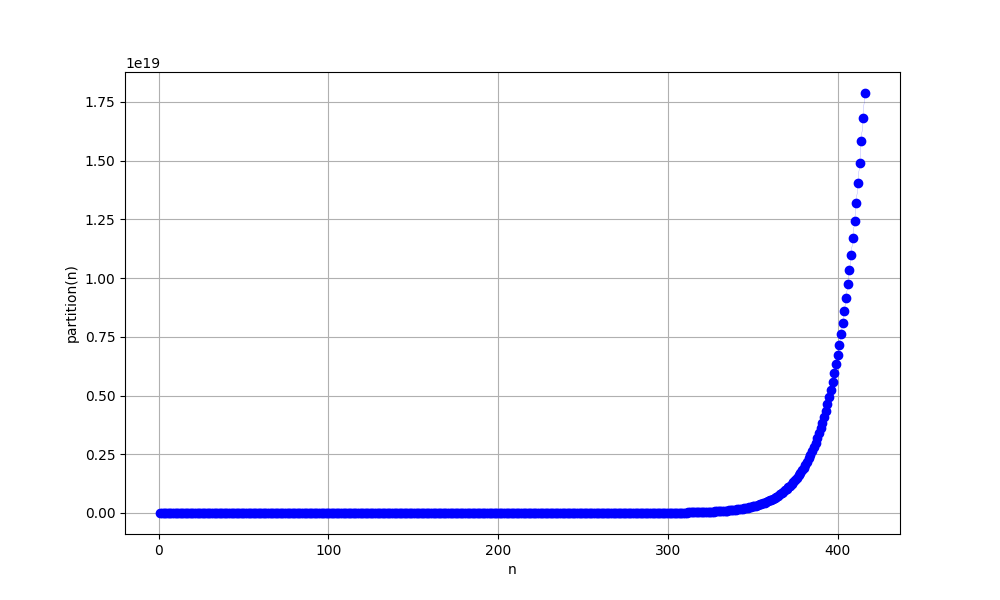
Repository: rizwankaz/partitions
Script's output: python partition_naive_plot.py
An editor plug-in stored every save of this project. The script's output is shown before and after the next save, followed by the edit.
Random numbers start from a fixed seed.

Above is the script's output before, as saved 2024-07-21 16:12:55.

### partition_naive_plot.py
import matplotlib.pyplot as plt

n_values = []
partition_values = []

with open("runtime_data.txt", "r") as file:
    next(file)
    for line in file:
        parts = line.strip().split('\t')
        n = int(parts[0])
        partition = int(parts[1])
        n_values.append(n)
        partition_values.append(partition)

plt.figure(figsize=(10, 6))
plt.plot(n_values, partition_values, marker='o', linestyle='-', color='b', linewidth=0.1)
plt.xlabel('n')
plt.ylabel('partition(n)')
#plt.yscale('log')
plt.grid(True)
plt.savefig("partition_plot.png")
plt.show()

### runtime_data.txt
n	partition(n)	runtime
1	1	2.583e-06
2	2	1.25e-06
3	3	1.208e-06
4	5	1.625e-06
5	7	1.5e-06
6	11	1.708e-06
7	15	1.75e-06
8	22	2.125e-06
9	30	2.125e-06
10	42	2.5e-06
11	56	2.5e-06
12	77	3e-06
13	101	3.042e-06
14	135	3.459e-06
15	176	3.667e-06
16	231	4e-06
17	297	4.209e-06
18	385	4.709e-06
19	490	4.917e-06
20	627	5.458e-06
21	792	5.75e-06
22	1002	6.25e-06
23	1255	6.542e-06
24	1575	7.083e-06
25	1958	7.375e-06
26	2436	8.042e-06
27	3010	8.375e-06
28	3718	9.083e-06
29	4565	9.459e-06
30	5604	9.917e-06
31	6842	1.0666e-05
32	8349	1.1167e-05
33	10143	1.1709e-05
34	12310	1.2125e-05
35	14883	1.275e-05
36	17977	1.3417e-05
37	21637	1.4125e-05
38	26015	1.4708e-05
39	31185	1.5417e-05
40	37338	1.6125e-05
41	44583	1.6958e-05
42	53174	1.7667e-05
43	63261	1.8167e-05
44	75175	1.9e-05
45	89134	1.9792e-05
46	105558	2.0625e-05
47	124754	2.1417e-05
48	147273	2.2208e-05
49	173525	2.3042e-05
50	204226	2.3958e-05
51	239943	2.475e-05
52	281589	2.5541e-05
53	329931	2.65e-05
54	386155	2.7458e-05
55	451276	2.8292e-05
56	526823	2.9333e-05
57	614154	3.025e-05
58	715220	4.6542e-05
59	831820	1.9417e-05
60	966467	1.2625e-05
61	1121505	1.2833e-05
62	1300156	1.3167e-05
63	1505499	1.35e-05
64	1741630	1.4e-05
65	2012558	1.4333e-05
66	2323520	1.475e-05
67	2679689	1.5166e-05
68	3087735	1.5583e-05
69	3554345	1.6e-05
70	4087968	1.6375e-05
71	4697205	1.6875e-05
72	5392783	1.7292e-05
73	6185689	1.7917e-05
74	7089500	1.8333e-05
75	8118264	1.8666e-05
76	9289091	1.9125e-05
77	10619863	1.9542e-05
78	12132164	2.0042e-05
79	13848650	2.0542e-05
80	15796476	2.1e-05
81	18004327	2.1625e-05
82	20506255	2.2041e-05
83	23338469	2.2542e-05
84	26543660	2.2959e-05
85	30167357	2.3584e-05
86	34262962	2.4041e-05
87	38887673	2.4625e-05
88	44108109	2.525e-05
89	49995925	2.5667e-05
90	56634173	2.6292e-05
91	64112359	2.6792e-05
92	72533807	2.725e-05
93	82010177	2.8e-05
94	92669720	2.8375e-05
95	104651419	2.9042e-05
96	118114304	2.9709e-05
97	133230930	3.025e-05
98	150198136	3.0958e-05
99	169229875	3.1416e-05
100	190569292	3.2125e-05
101	214481126	3.2583e-05
102	241265379	3.3333e-05
103	271248950	3.4041e-05
104	304801365	3.45e-05
105	342325709	3.5042e-05
106	384276336	3.575e-05
107	431149389	3.6375e-05
108	483502844	3.7083e-05
109	541946240	3.7583e-05
110	607163746	3.825e-05
111	679903203	3.9042e-05
112	761002156	3.9667e-05
113	851376628	4.025e-05
114	952050665	4.75e-05
115	1064144451	4.9875e-05
116	1188908248	4.2625e-05
117	1327710076	4.3167e-05
118	1482074143	4.3958e-05
119	1653668665	4.45e-05
120	1844349560	4.5334e-05
121	2056148051	4.6167e-05
122	2291320912	4.6666e-05
123	2552338241	4.7417e-05
124	2841940500	4.8208e-05
125	3163127352	4.8958e-05
126	3519222692	5.3709e-05
127	3913864295	5.0416e-05
128	4351078600	5.1292e-05
129	4835271870	5.1875e-05
130	5371315400	5.2791e-05
131	5964539504	5.3417e-05
132	6620830889	5.4167e-05
133	7346629512	5.5167e-05
134	8149040695	5.5875e-05
135	9035836076	5.6667e-05
136	10015581680	5.7459e-05
137	11097645016	5.8291e-05
138	12292341831	5.9125e-05
139	13610949895	5.9917e-05
140	15065878135	6.0833e-05
141	16670689208	6.1542e-05
142	18440293320	6.2417e-05
143	20390982757	6.3375e-05
144	22540654445	6.425e-05
145	24908858009	6.5041e-05
146	27517052599	6.5959e-05
147	30388671978	6.6792e-05
148	33549419497	6.7625e-05
149	37027355200	6.875e-05
150	40853235313	6.9541e-05
151	45060624582	7.05e-05
152	49686288421	7.1458e-05
153	54770336324	7.2291e-05
154	60356673280	7.3167e-05
155	66493182097	7.4333e-05
156	73232243759	7.5084e-05
157	80630964769	0.000161292
158	88751778802	0.0001745
159	97662728555	0.000176792
160	107438159466	0.000178291
161	118159068427	0.000180834
162	129913904637	0.000183208
163	142798995930	0.000185
164	156919475295	0.000187167
165	172389800255	0.0001895
166	189334822579	0.000191584
167	207890420102	0.000194
168	228204732751	0.000196375
169	250438925115	0.000198166
170	274768617130	0.000204959
171	301384802048	0.000203334
172	330495499613	0.000205458
173	362326859895	0.000207583
174	397125074750	0.000209791
175	435157697830	0.000212375
176	476715857290	0.00021475
177	522115831195	0.000216833
178	571701605655	0.000219458
179	625846753120	0.000221625
180	684957390936	0.000223625
181	749474411781	0.000225916
182	819876908323	0.000228125
183	896684817527	0.000230416
184	980462880430	0.000233208
185	1071823774337	0.000235708
186	1171432692373	0.000237917
187	1280011042268	0.000240375
188	1398341745571	0.000242792
189	1527273599625	0.0002455
190	1667727404093	0.00024775
191	1820701100652	0.000250917
192	1987276856363	0.000254083
193	2168627105469	0.000256667
194	2366022741845	0.00025875
195	2580840212973	0.000261125
196	2814570987591	0.000263333
197	3068829878530	0.000266
198	3345365983698	0.000269042
199	3646072432125	0.000271375
200	3972999029388	0.00027425
201	4328363658647	0.000236584
202	4714566886083	0.000229834
203	5134205287973	0.000232292
204	5590088317495	0.00023425
205	6085253859260	0.000236375
206	6622987708040	0.00023875
207	7206841706490	0.000240667
208	7840656226137	0.0002435
209	8528581302375	0.000245916
210	9275102575355	0.000248209
211	10085065885767	0.00025125
212	10963707205259	0.000255708
213	11916681236278	0.000255667
214	12950095925895	0.000258125
215	14070545699287	0.000260416
216	15285151248481	0.000262916
217	16601598107914	0.000265166
218	18028182516671	0.000272209
219	19573856161145	0.000282
220	21248279009367	0.000282416
221	23061871173849	0.000273917
222	25025873760111	0.0002765
223	27152408925615	0.000279292
224	29454549941750	0.000281917
225	31946390696157	0.000286708
226	34643126322519	0.000289333
227	37561133582570	0.000290458
228	40718063627362	0.000295792
229	44132934884255	0.000294917
230	47826239745920	0.000297458
231	51820051838712	0.000300125
232	56138148670947	0.00030275
233	60806135438329	0.000305292
234	65851585970275	0.000307583
235	71304185514919	0.000310667
236	77195892663512	0.000312959
237	83561103925871	0.00029425
238	90436839668817	0.000272042
239	97862933703585	0.0002745
240	105882246722733	0.000277083
241	114540884553038	0.00027875
242	123888443077259	0.000280833
243	133978259344888	0.000283625
244	144867692496445	0.000285708
245	156618412527946	0.000288167
246	169296722391554	0.000289917
247	182973889854026	0.000292083
248	197726516681672	0.000294417
249	213636919820625	0.000296916
250	230793554364681	0.000299167
251	249291451168559	0.000301792
252	269232701252579	0.00030425
253	290726957916112	0.000309667
254	313891991306665	0.00030875
255	338854264248680	0.00031425
256	365749566870782	0.000317792
257	394723676655357	0.000318708
258	425933084409356	0.00031825
259	459545750448675	0.000320625
260	495741934760846	0.000325833
261	534715062908609	0.000325541
262	576672674947168	0.000328042
263	621837416509615	0.000333292
264	670448123060170	0.000333084
265	722760953690372	0.000335458
266	779050629562167	0.000340584
267	839611730366814	0.000340334
268	904760108316360	0.000342917
269	974834369944625	0.000329083
270	1050197489931117	0.000301833
271	1131238503938606	0.000304417
272	1218374349844333	0.000310792
273	1312051800816215	0.000316791
274	1412749565173450	0.000322
275	1520980492851175	0.00031575
276	1637293969337171	0.000315375
277	1762278433057269	0.000317584
278	1896564103591584	0.00031975
279	2040825852575075	0.000321916
280	2195786311682516	0.00032425
281	2362219145337711	0.000326625
282	2540952590045698	0.000328834
283	2732873183547535	0.000330917
284	2938929793929555	0.0003335
285	3160137867148997	0.000335833
286	3397584011986773	0.000365209
287	3652430836071053	0.00034325
288	3925922161489422	0.000342791
289	4219388528587095	0.000345125
290	4534253126900886	0.0003475
291	4872038056472084	0.000349792
292	5234371069753672	0.000352209
293	5622992691950605	0.000357459
294	6039763882095515	0.000367208
295	6486674127079088	0.000359667
296	6965850144195831	0.000361833
297	7479565078510584	0.000364291
298	8030248384943040	0.000366667
299	8620496275465025	0.000369125
300	9253082936723602	0.000371459
301	9930972392403501	0.000379959
302	10657331232548839	0.000397459
303	11435542077822104	0.000378958
304	12269218019229465	0.000348167
305	13162217895057704	0.000341792
306	14118662665280005	0.000341167
307	15142952738857194	0.000343375
308	16239786535829663	0.000348292
309	17414180133147295	0.000350583
310	18671488299600364	0.000349959
311	20017426762576945	0.000352417
312	21458096037352891	0.000354417
313	23000006655487337	0.000356792
314	24650106150830490	0.000358791
315	26415807633566326	0.000365042
316	28305020340996003	0.000365667
317	30326181989842964	0.000366541
318	32488293351466654	0.000370666
319	34800954869440830	0.000370292
320	37274405776748077	0.000391166
321	39919565526999991	0.000377416
322	42748078035954696	0.000377
323	45772358543578028	0.000379375
324	49005643635237875	0.00038175
325	52462044228828641	0.000380542
326	56156602112874289	0.000346125
327	60105349839666544	0.000348208
328	64325374609114550	0.000350375
329	68834885946073850	0.000355584
330	73653287861850339	0.000354708
331	78801255302666615	0.000356833
332	84300815636225119	0.000358833
333	90175434980549623	0.000360875
334	96450110192202760	0.000363125
335	103151466321735325	0.000365334
336	110307860425292772	0.000367417
337	117949491546113972	0.000372167
338	126108517833796355	0.000371458
339	134819180623301520	0.000373625
340	144117936527873832	0.000390417
341	154043597379576030	0.000378208
342	164637479165761044	0.000380209
343	175943559810422753	0.000382583
344	188008647052292980	0.000384875
345	200882556287683159	0.000387084
346	214618299743286299	0.00038925
347	229272286871217150	0.000415208
348	244904537455382406	0.000426333
349	261578907351144125	0.000416125
350	279363328483702152	0.00041275
351	298330063062758076	0.0004005
352	318555973788329084	0.000373666
353	340122810048577428	0.000370333
354	363117512048110005	0.000374958
355	387632532919029223	0.000374416
356	413766180933342362	0.000376458
357	441622981929358437	0.000381333
358	471314064268398780	0.000380833
359	502957566506000020	0.000382916
360	536679070310691121	0.000385125
361	572612058898037559	0.000394625
362	610898403751884101	0.000388958
363	651688879997206959	0.000391166
364	695143713458946040	0.000393375
365	741433159884081684	0.000395417
366	790738119649411319	0.000406625
367	843250788562528427	0.000388791
368	899175348396088349	0.000370083
369	958728697912338045	0.000375334
370	1022141228367345362	0.000374333
371	1089657644424399782	0.000376417
372	1161537834849962850	0.000378208
373	1238057794119125085	0.0003805
374	1319510599727473500	0.000384917
375	1406207446561484054	0.000384416
376	1498478743590581081	0.000386667
377	1596675274490756791	0.000391334
378	1701169427975813525	0.000390459
379	1812356499739472950	0.000392459
380	1930656072350465812	0.0003945
381	2056513475336633805	0.0003965
382	2190401332423765131	0.000398708
383	2332821198543892336	0.000416458
384	2484305294265418180	0.000403209
385	2645418340688763701	0.000404833
386	2816759503217942792	0.000406958
387	2998964447736452194	0.00040025
388	3192707518433532826	0.000384417
389	3398704041358160275	0.000386416
390	3617712763867604423	0.000388334
391	3850538434667429186	0.000390333
392	4098034535626594791	0.000392417
393	4361106170762284114	0.000394417
394	4640713124699623515	0.00039625
395	4937873096788191655	0.000398375
396	5253665124416975163	0.000400959
397	5589233202595404488	0.000402458
398	5945790114707874597	0.000404583
399	6324621482504294325	0.000406375
400	6727090051741041926	0.00040825
401	7154640222653942321	0.000410334
402	7608802843339879269	0.0004125
403	8091200276484465581	0.0004475
404	8603551759348655060	0.000426292
405	9147679068859117602	0.000429958
406	9725512513742021729	0.000433292
407	10339097267123947241	0.000427292
408	10990600063775926994	0.000427375
409	11682316277192317780	0.000425917
410	12416677403151190382	0.000428625
411	13196258966925435702	0.000424458
412	14023788883518847344	0.000401375
413	14902156290309948968	0.000403417
414	15834420884488187770	0.000405417
415	16823822787139235544	0.000407291
416	17873792969689876004	0.000411875

After the next save:
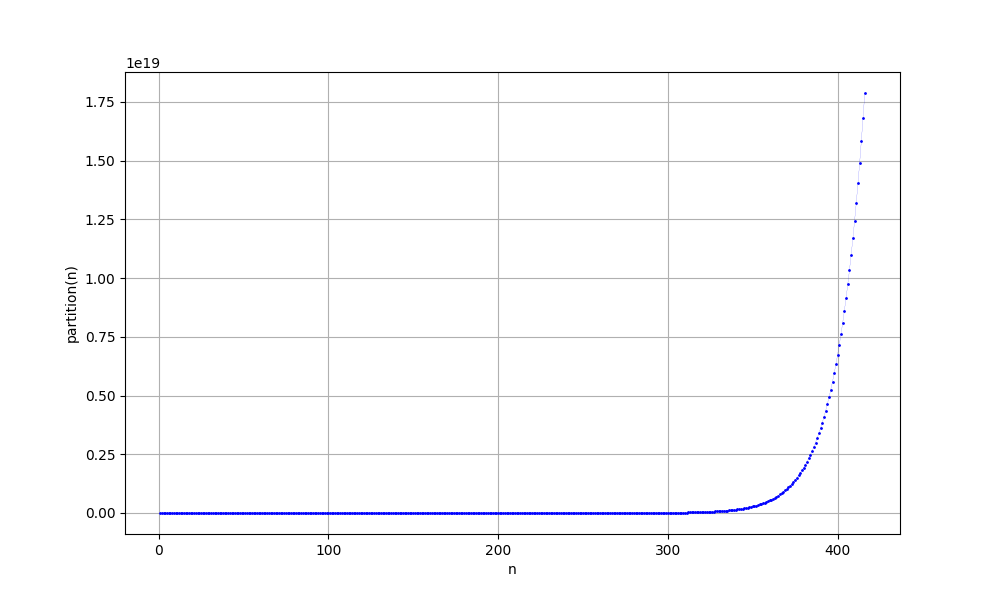
Saved 33 s later.
--- a/partition_naive_plot.py
+++ b/partition_naive_plot.py
@@ -13,7 +13,7 @@ with open("runtime_data.txt", "r") as file:
         partition_values.append(partition)
 
 plt.figure(figsize=(10, 6))
-plt.plot(n_values, partition_values, marker='o', linestyle='-', color='b', linewidth=0.1)
+plt.plot(n_values, partition_values, marker='o', linestyle='-', color='b', linewidth=0.1, markersize=1)
 plt.xlabel('n')
 plt.ylabel('partition(n)')
 #plt.yscale('log')
